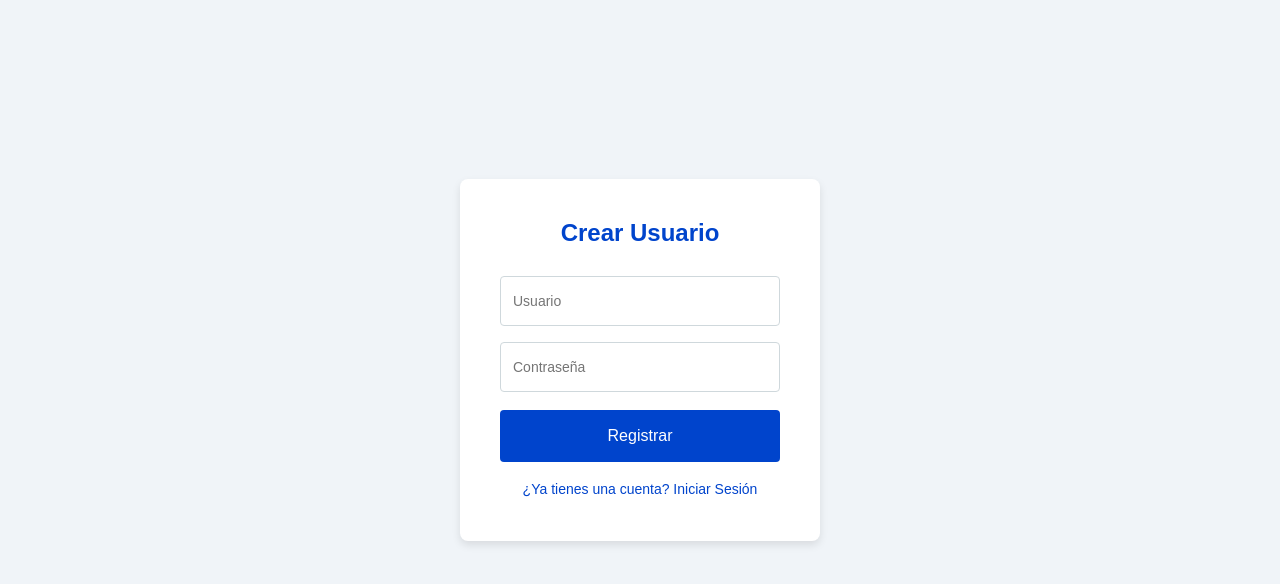
Repository: LexusJack/ProyectoDilanFork
Page: create.html
The author's editor kept a copy of each file at every save. The page is drawn from the files as they stood at one save, then again after the next save.
The browser window is 1280 px wide. The pictures show the whole page.

Above is the page before, as saved 2024-10-21 10:26:08.

After the next save:
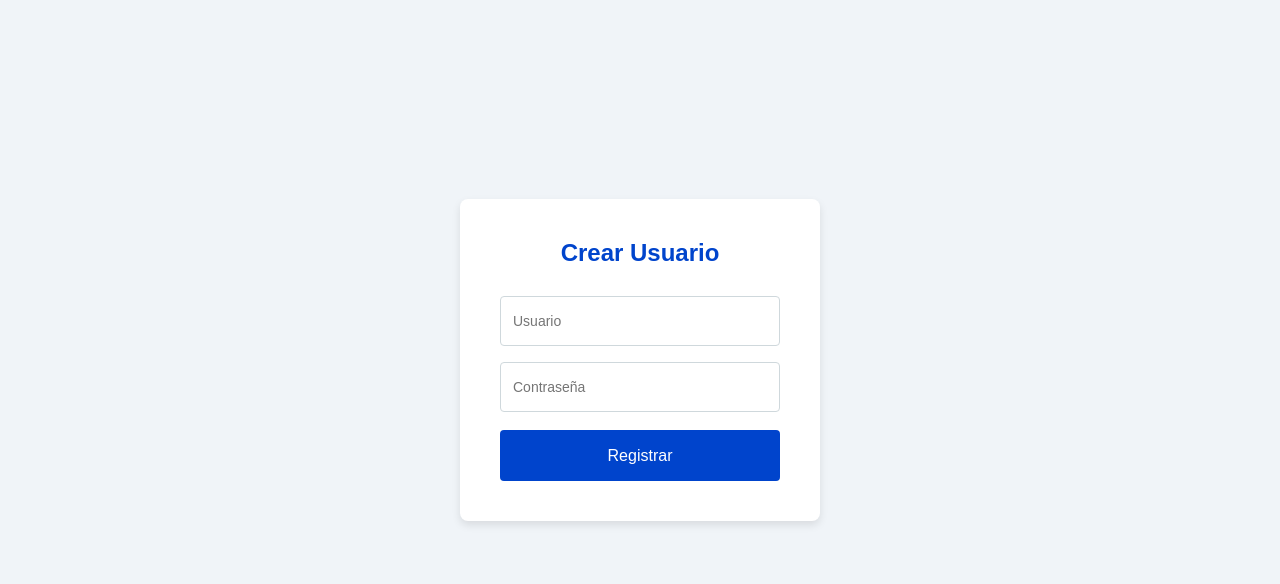
Saved 2 min 5 s later.
--- a/create.html
+++ b/create.html
@@ -71,6 +71,14 @@
       .register-container a:hover {
         text-decoration: underline;
       }
+
+      .message {
+          display: none; /* Ocultar el mensaje inicialmente */
+          text-align: center;
+          margin-top: 20px;
+          color: green; /* Color del mensaje de éxito */
+          font-weight: bold;
+      }
     </style>
   </head>
 
@@ -81,8 +89,8 @@
         <input type="text" name="username" placeholder="Usuario" required />
         <input type="password" name="password" placeholder="Contraseña" required />
         <button type="submit">Registrar</button>
-        <a href="login.html">¿Ya tienes una cuenta? Iniciar Sesión</a>
       </form>
+      <div class="message" id="successMessage">Usuario creado exitosamente.</div> <!-- Mensaje de éxito -->
     </div>
 
     <script>
@@ -93,7 +101,7 @@
         const password = e.target.password.value;
 
         try {
-          const response = await fetch('http://localhost:3001/api/auth/register', { // Cambiar la URL a tu endpoint de registro
+          await fetch('http://localhost:3001/api/auth/register', { // Cambiar la URL a tu endpoint de registro
             method: 'POST',
             headers: {
               'Content-Type': 'application/json'
@@ -101,26 +109,16 @@
             body: JSON.stringify({ username, password }), // Solo incluir usuario y contraseña
           });
 
-          if (response.ok) {
-            alert('Usuario creado exitosamente. Puedes iniciar sesión ahora.');
-            window.location.href = 'login.html'; // Redirigir a la página de inicio de sesión
-          } else {
-            const errorData = await response.json();
-            alert(`Error ${response.status}: ${errorData.message}`); // Mensaje más claro
-          }
+          // Mostrar el mensaje de éxito
+          document.getElementById('successMessage').style.display = 'block';
 
-          // Manejo adicional para errores comunes
-          if (response.status === 409) {
-            alert('El usuario ya existe. Por favor, elige otro nombre de usuario.');
-          }
+          // Limpiar el formulario después de crear el usuario
+          e.target.reset();
 
-          if (response.status === 400) {
-            alert('Por favor, completa todos los campos requeridos correctamente.');
-          }
-
-          if (response.status === 500) {
-            alert('Hubo un problema con el servidor. Intenta más tarde.');
-          }
+          // Ocultar el mensaje después de unos segundos (opcional)
+          setTimeout(() => {
+            document.getElementById('successMessage').style.display = 'none';
+          }, 3000); // Ocultar después de 3 segundos
 
         } catch (error) {
           console.error('Error:', error);
